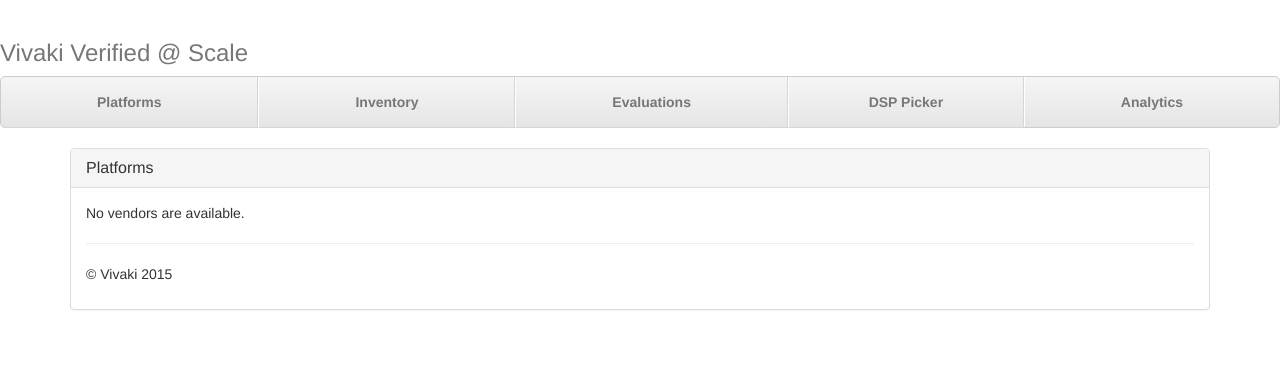
Repository: benlampert/vv
Page: vendors/templates/vendors/vendors.html
The author's editor kept a record of every edit. The page is drawn from the files as they stood at one moment, then again after the next edit.
The browser window is 1280 px wide. The pictures show the whole page.
The template is drawn by Django 2.2. The application's start-up code is not run. The template is opened directly, without the code that normally fills it, so the values that code supplies are empty.

Above is the page before.

After the next edit:
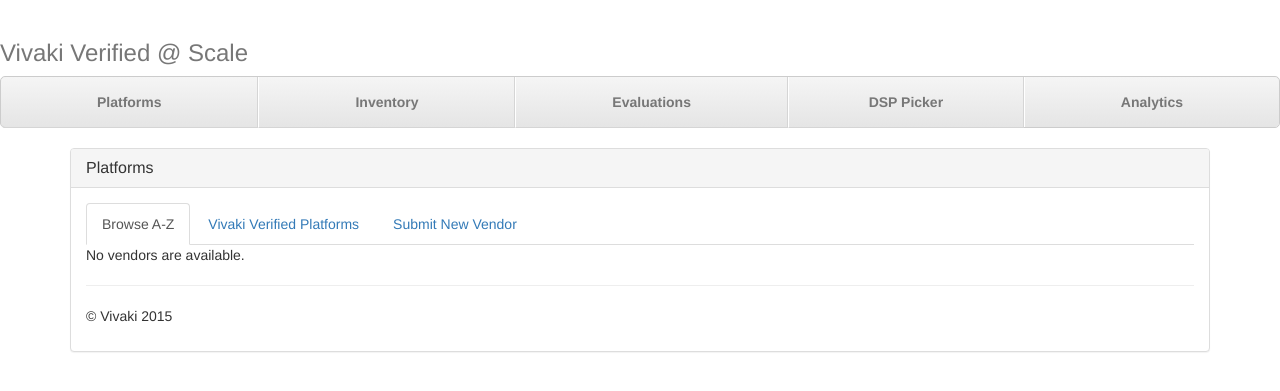
The edit:
--- a/vendors/templates/vendors/vendors.html
+++ b/vendors/templates/vendors/vendors.html
@@ -7,9 +7,14 @@
     <h3 class="panel-title">Platforms</h3>
     </div>
       <div class="panel-body">
+    <ul class="nav nav-tabs">
+  <li role="presentation" class="active"><a href="#">Browse A-Z</a></li>
+  <li role="presentation"><a href="#">Vivaki Verified Platforms</a></li>
+  <li role="presentation"><a href="#">Submit New Vendor</a></li>
+</ul>
 {% if latest_vendor_list %}
     <table class="table table-striped">
-        <tr><th>Platforms</th><th>Category</th><th>Description</th></tr>
+        <tr><th>Platforms</th><th>Description</th></tr>
     {% for vendor in latest_vendor_list %}
         <tr><td><a href="/vendors/{{vendor.id }}/">{{ vendor.vendor_name }}</a></li></td>
         <td>{{vendor.vendor_type}}</td>
